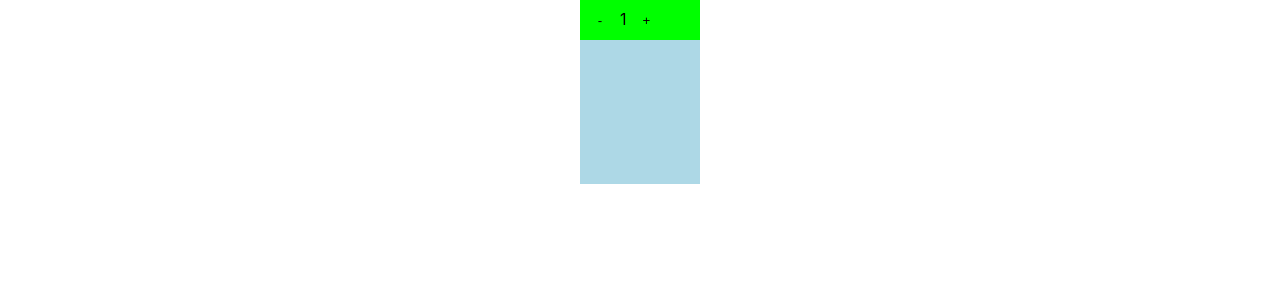
Repository: max535/test-task-netrika
Page: /
An editor plug-in stored every save of this project. The page is shown before and after the next save, followed by the edit.
The browser window is 1280 px wide. The pictures show the whole page.
The project was rebuilt for these pictures with package versions that can differ from the ones it lists, and the page was loaded fresh each time.

Above is the page before, as saved 2021-10-16 06:56:37.

### public/index.html
<!DOCTYPE html>
<html lang="en">
  <head>
    <meta charset="utf-8" />
    <meta name="viewport" content="width=device-width, initial-scale=1" />
    <title>Тестовые задания</title>
  </head>
  <body>
    <div id="root"></div>
  </body>
</html>

### src/App.js
import React from 'react';
import Counter from './Counter/Counter';
import './App.css';

function App() {
  return (
    <div className="App">
      <div className="Frame">
        <Counter className="White" />
      </div>
    </div>
  );
}

export default App;

### src/Counter/Counter.js
import React, { useState } from 'react';
import "./Counter.css";

const Counter = () => {
    const [count, setCount] = useState(1);

    const handleIncrement = () => {
        setCount(count + 1);
    }

    const handleDecrement = () => {
        setCount(count - 1);
    }

    return (
        <div className="Counter">
            <button className="Decrement" onClick={handleDecrement}>-</button>
            <span className="Count">{count}</span>
            <button className="Increment" onClick={handleIncrement}>+</button>
        </div>
    );
}

export default Counter;

### src/App.css
.App {
  display: flex;
  flex-direction: column;
  align-items: center;
  width: 100%;
  height: 100%;
}

### src/Counter/Counter.css
.Frame {
    width: 120px;
    height: 184px;
    background-color: lightblue;
}

.Counter {
   width: 120px;
   height: 40px;
   background-color: lime;

}

.Decrement, .Increment {
    width: 40px;
    height: 40px;
    border: none;
    background-color: inherit;
}

/* .Increment {
    width: 40px;
    height: 40px;
} */

.Count {
    width: 40px;
    height: 40px;
}

Loaded but not shown: src/index.js (common file); src/index.css (common file)

After the next save:
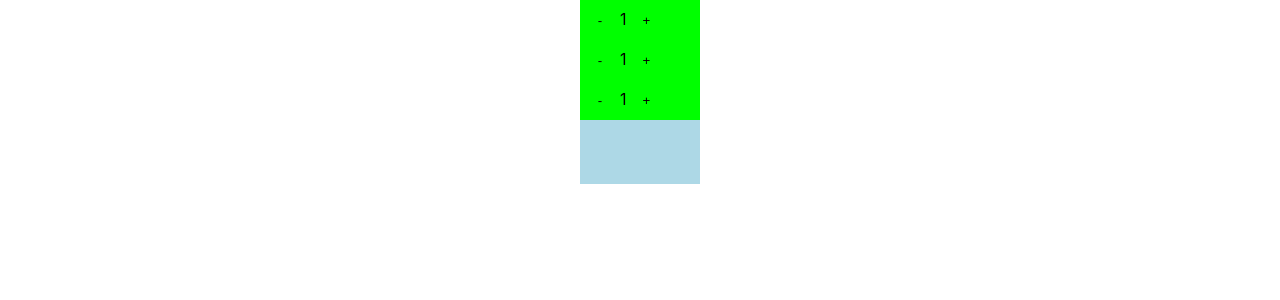
Saved 10 s later.
--- a/src/App.js
+++ b/src/App.js
@@ -7,6 +7,8 @@ function App() {
     <div className="App">
       <div className="Frame">
         <Counter className="White" />
+        <Counter className="White" />
+        <Counter className="White" />
       </div>
     </div>
   );
